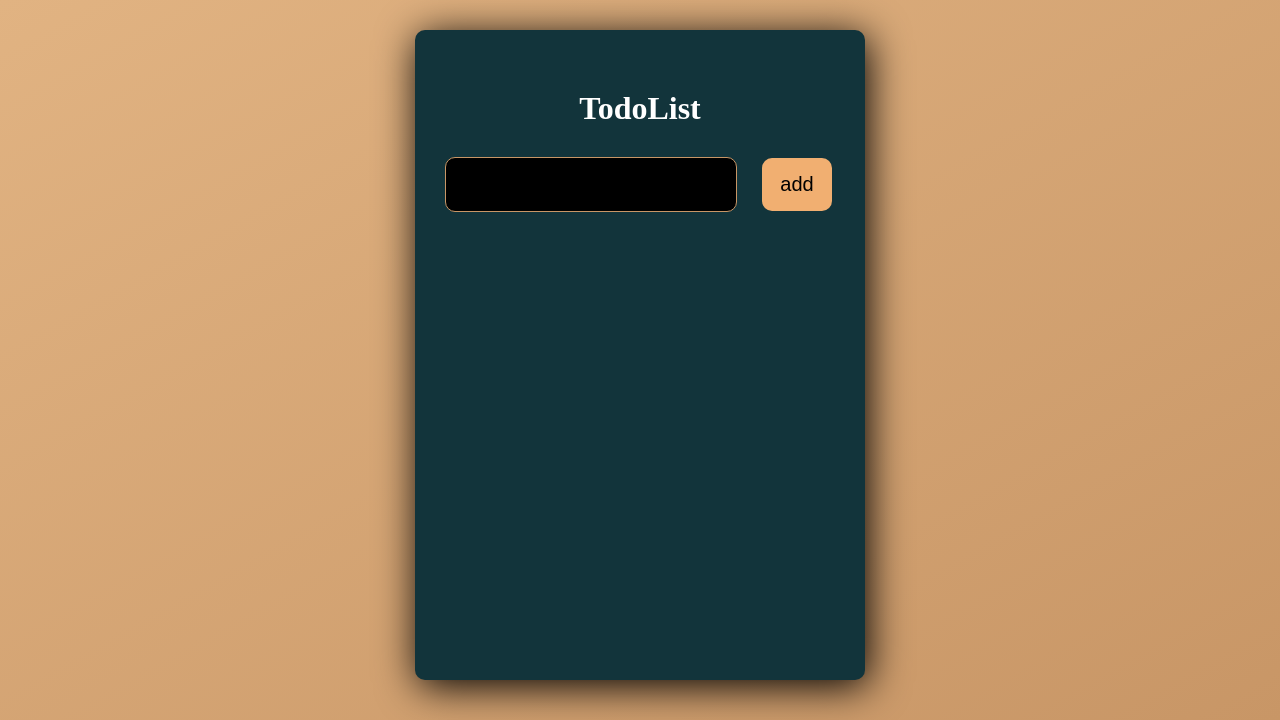
Repository: phamhac178/todolist-reactjs
Page: /Todolist
The author's editor kept a copy of each file at every save. The page is drawn from the files as they stood at one save, then again after a run of saves.
The browser window is 1280 px wide. The pictures show the whole page.
Some web libraries are served in a nearby version. The project was rebuilt for these pictures with package versions that can differ from the ones it lists, and the page was loaded fresh each time. Also part of the build but not shown: src/Components/Menu.js.

Above is the page before, as saved 2022-07-18 16:39:14.

### src/App.js
import React, { useEffect, useState } from "react";
import "./App.css";
import { BrowserRouter, Routes, Route } from "react-router-dom";
import Menu from "./Components/Menu";
import Todos from "./Components/Todos";
const App = () => {
    return (
        <BrowserRouter>
            <Routes>
                <Route path="/" element={<Menu />}></Route>
                <Route path="/Todolist" element={<Todos />}></Route>
            </Routes>
        </BrowserRouter>
        // <div className="container">
        //     <div className="app-wrapper">
        //         <div>
        //             <Data />
        //             <Header />
        //         </div>
        //         <div>
        //             <Form
        //                 input={input}
        //                 setInput={setInput}
        //                 todos={todos}
        //                 setTodos={setTodos}
        //                 editTodo={editTodo}
        //                 setEditTodo={setEditTodo}
        //             />
        //         </div>
        //         <div>
        //             <TodoList
        //                 todos={todos}
        //                 setTodos={setTodos}
        //                 setEditTodo={setEditTodo}
        //             />
        //         </div>
        //     </div>
        // </div>
    );
};

export default App;

### src/Components/Todos.js
import React, { useEffect, useState } from "react";
import Form from "./Form";
import Header from "./Header";
import TodoList from "./TodoList";
const Todos = () => {
    const initalState = JSON.parse(localStorage.getItem("todos")) || [];
    const [input, setInput] = useState("");
    const [todos, setTodos] = useState(initalState);
    const [editTodo, setEditTodo] = useState(null);

    useEffect(() => {
        localStorage.setItem("todos", JSON.stringify(todos));
    }, [todos]);

    return (
        <div className="container">
            <div className="app-wrapper">
                <div>
                    <Header />
                </div>
                <div>
                    <Form
                        input={input}
                        setInput={setInput}
                        todos={todos}
                        setTodos={setTodos}
                        editTodo={editTodo}
                        setEditTodo={setEditTodo}
                    />
                </div>
                <div>
                    <TodoList
                        todos={todos}
                        setTodos={setTodos}
                        setEditTodo={setEditTodo}
                    />
                </div>
            </div>
        </div>
    );
};

export default Todos;

### src/Components/Form.js
import React, { useEffect } from "react";
import { v4 as uuidV4 } from "uuid";

const Form = ({ input, setInput, todos, setTodos, setEditTodo, editTodo }) => {
    const onInputChange = (event) => {
        setInput(event.target.value);
    };
    const updateTodo = (title, id, completed) => {
        const newTodo = todos.map((todo) =>
            todo.id === id ? { title, id, completed } : todo
        );
        setTodos(newTodo);
        setEditTodo("");
    };
    useEffect(() => {
        if (editTodo) {
            setInput(editTodo.title);
        } else {
            setInput("");
        }
    }, [setInput, editTodo]);
    const onFormSubmit = (e) => {
        e.preventDefault();
        if (!editTodo) {
            setTodos([
                ...todos,
                { id: uuidV4(), title: input, completed: false },
            ]);
            setInput("");
        } else {
            updateTodo(input, editTodo.id, editTodo.completed);
        }
    };

    return (
        <form onSubmit={onFormSubmit}>
            <input
                type="text"
                placerholder=" Enter a Todo..."
                className="task-input"
                value={input}
                required
                onChange={onInputChange}
            />
            <button className="button-add" type="submit">
                {editTodo ? "oke" : "add"}
            </button>
        </form>
    );
};

export default Form;

### src/Components/Header.js
import React from "react";

const Header = () => {
    return (
        <div className="header">
            <h1>TodoList</h1>
        </div>
    );
};

export default Header;

### src/Components/TodoList.js
import React from "react";

const TodoList = ({ todos, setTodos, setEditTodo }) => {
    const todoComplete = (todo) => {
        setTodos(
            todos.map((item) => {
                if (item.id === todo.id) {
                    return { ...item, completed: !item.completed };
                }
                return item;
            })
        );
    };
    const todoEdit = ({ id }) => {
        const findTodo = todos.find((todo) => todo.id === id);
        setEditTodo(findTodo);
    };
    const todosRemove = ({ id }) => {
        setTodos(todos.filter((todo) => todo.id !== id));
    };
    return (
        <div>
            {todos.map((todo) => (
                <li className="list-item" key={todo.id}>
                    <input
                        type="text"
                        value={todo.title}
                        className={`list ${todo.completed ? "complete" : " "}`}
                        onChange={(event) => {
                            event.preventDefault();
                        }}
                    />
                    <div>
                        <button
                            className="button-complete task-button"
                            onClick={() => todoComplete(todo)}
                        >
                            <i className="fa fa-check-circle"></i>
                        </button>
                        <button
                            className="button-edit task-button"
                            onClick={() => todoEdit(todo)}
                        >
                            <i className="fa fa-edit"></i>
                        </button>
                        <button
                            className="button-delete task-button"
                            onClick={() => todosRemove(todo)}
                        >
                            <i className="fa fa-trash"></i>
                        </button>
                    </div>
                    {console.log(setTodos)}
                </li>
            ))}
        </div>
    );
};

export default TodoList;

Loaded but not shown: public/index.html (common file); src/index.js (common file); src/App.css (common file)

After the next 3 saves:
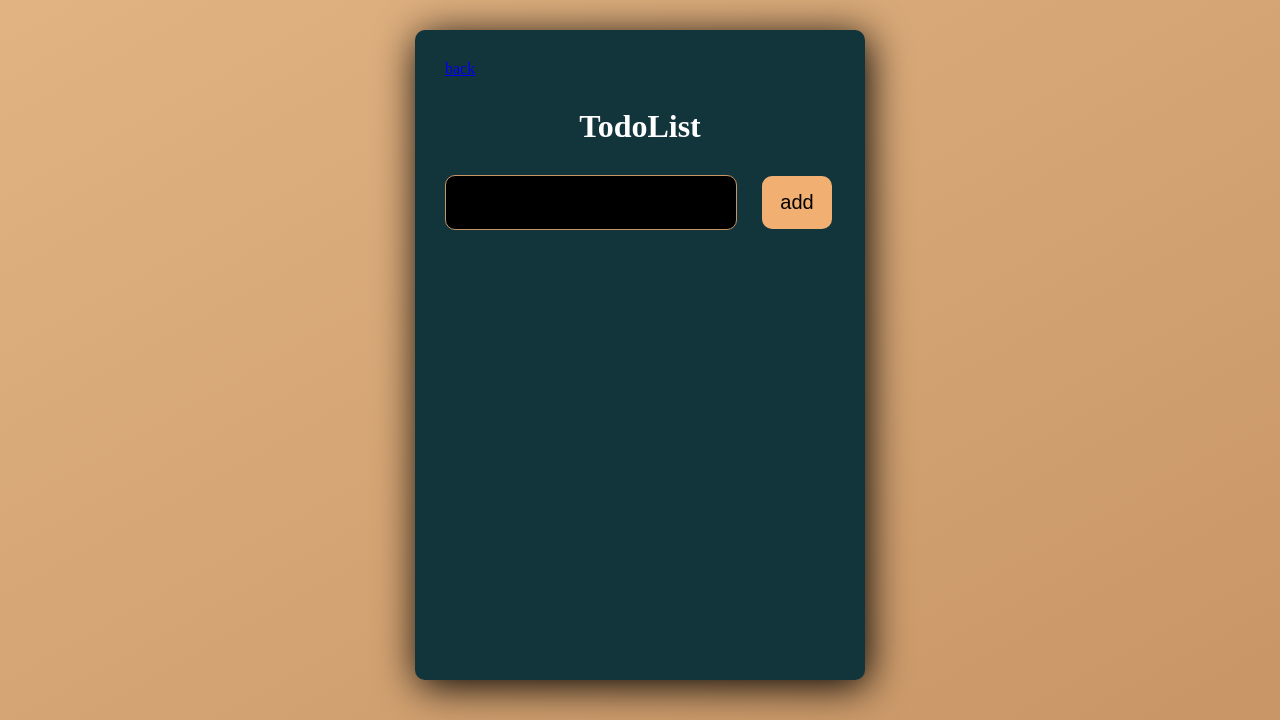
The 3 saves are shown as one change because they came seconds apart.
The last was saved 87 s later.
--- a/src/Components/Header.js
+++ b/src/Components/Header.js
@@ -3,6 +3,7 @@ import React from "react";
 const Header = () => {
     return (
         <div className="header">
+            <a href="/">back</a>
             <h1>TodoList</h1>
         </div>
     );
